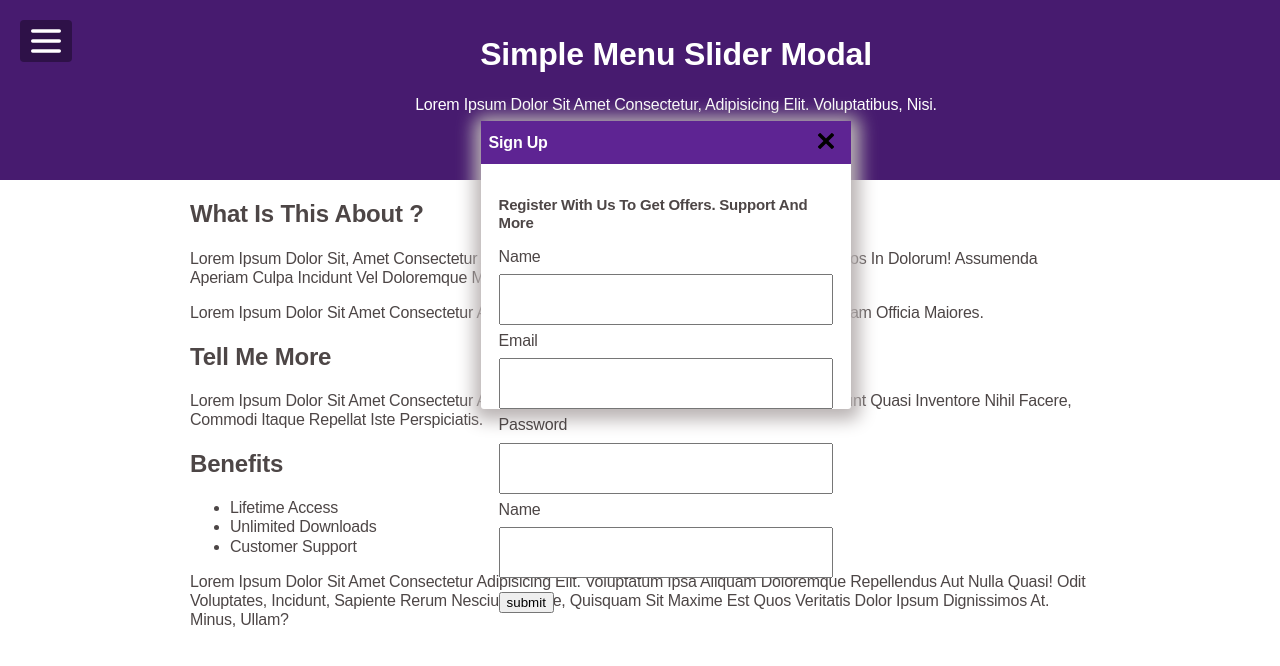
Repository: lilo750/Menu-Slider-modal
Page: index.html
These files come from the project's save history. The page is drawn as it stood at one moment and after the next save; the edit follows.
The browser window is 1280 px wide. The pictures show the whole page.

Above is the page before, as saved 2024-01-15 08:00:13.

After the next save:
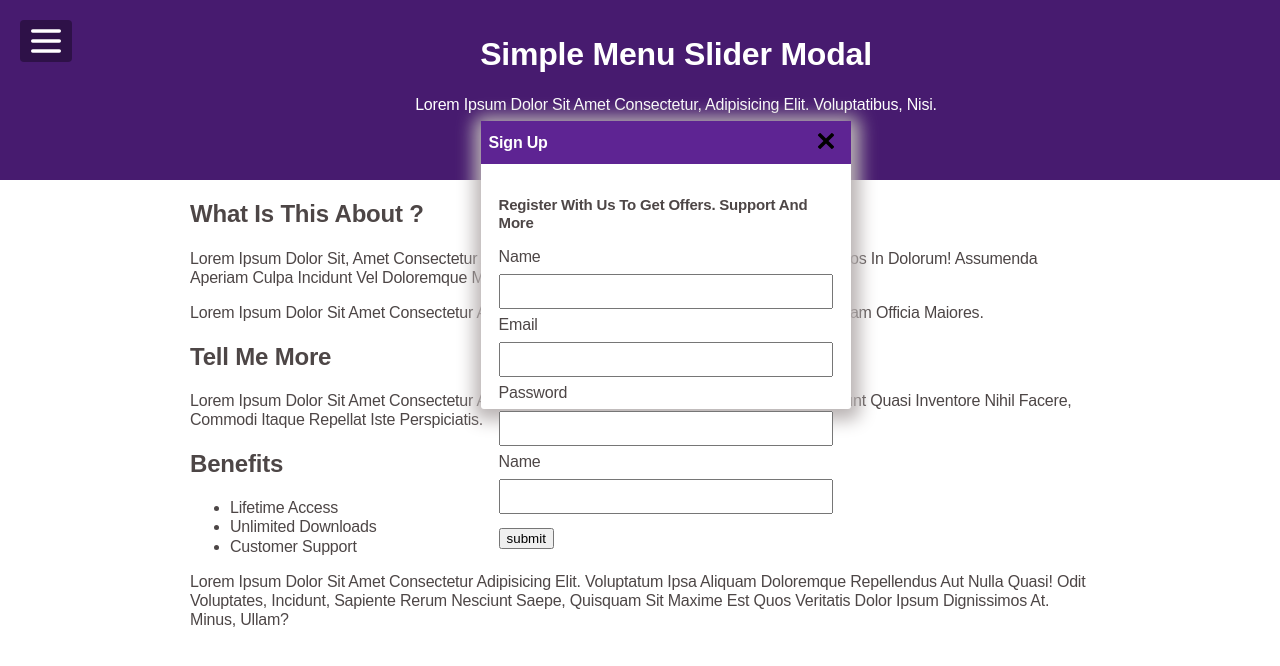
Saved 6 s later.
--- a/assets/style.css
+++ b/assets/style.css
@@ -111,7 +111,7 @@ body {
             margin-bottom: 6px;
 
             & input {
-                padding: 16px 8px;
+                padding: 8px 8px;
             }
         }
     }
